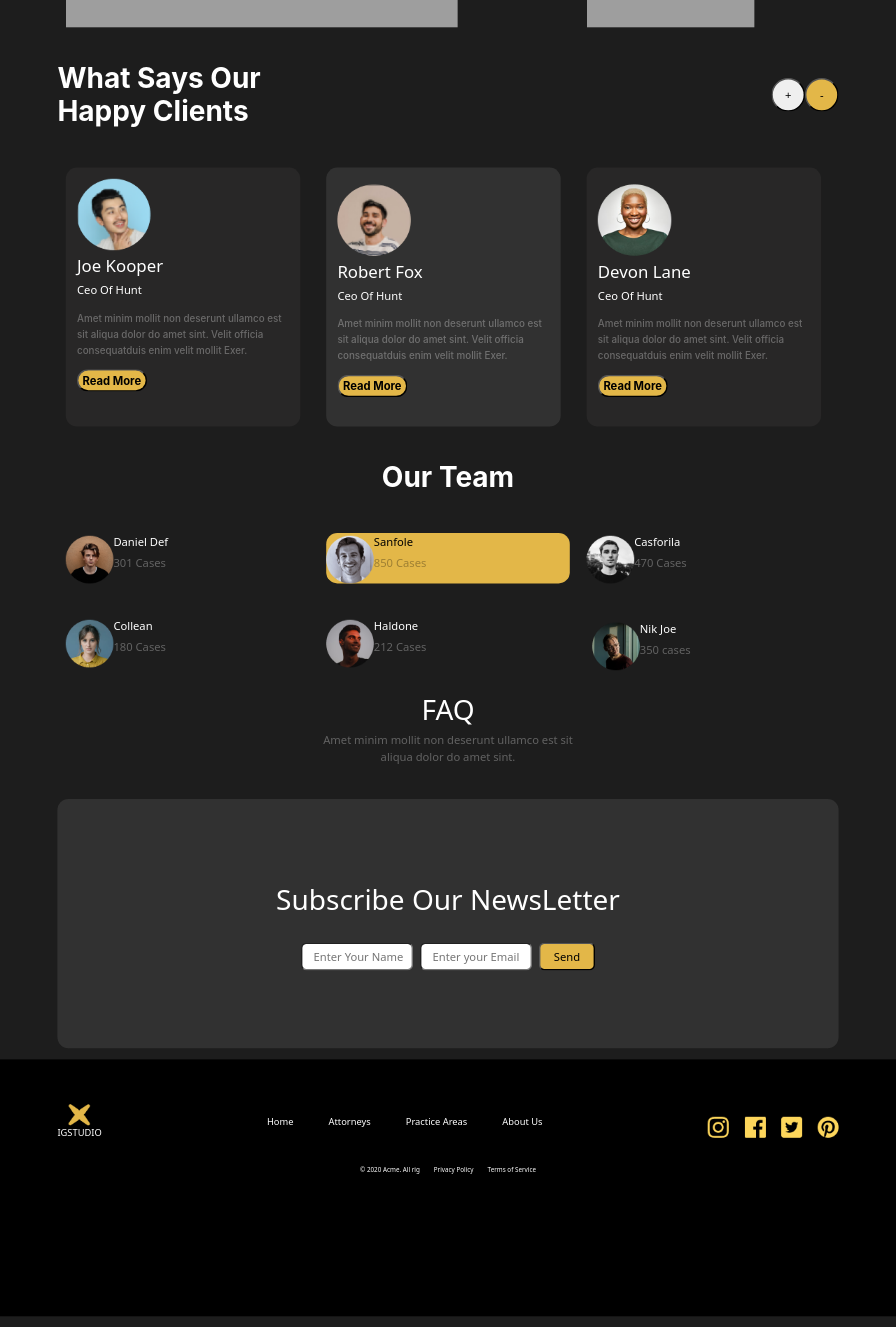
Repository: Senthil-Bala/LawFirm
Page: /
The author's editor kept a copy of each file at every save. The page is drawn from the files as they stood at one save, then again after the next save.
The browser window is 1280 px wide. The pictures show the part of the page from y = 2069 to 3989 px (the page is 3965 px tall before and 3989 px after), at 70% of full size.
Pictures or frames that could not be fetched are drawn as grey boxes. The project was rebuilt for these pictures with package versions that can differ from the ones it lists, and the page was loaded fresh each time. Also part of the build but not shown: src/App.css, src/Components/Frequents/Accordionss.css, src/Components/Frequents/Accordionss.jsx.

Above is the page before, as saved 2023-11-29 19:23:05.

### src/App.js
import './App.css';
import 'bootstrap/dist/css/bootstrap.min.css';
import Navbar from "./Components/Navbars/Navbar"
import HeroSection from './Components/Heroess/HeroSection';
import Main from "./Components/Mainss/Main";
import Boxes from "./Components/Box/Boxes";
import Practices from './Components/Practicsing/Practices';
import Clients from "./Components/ClientSides/Clients";
import Team from "./Components/Teamss/Team";
import Faq from "./Components/Frequents/Faq"
import Subscribe from './Components/Subscribes/Subscribe';
import Footer from "./Components/Footers/Footer"

function App() {
  return (
    <>
    <div className="container">
      <Navbar/>
      <HeroSection/>
      <Main/>
      <Boxes/>
      <Practices/>
      <Clients/>
      <Team/>
      <Faq/>
      <Subscribe/>

    </div>
    <Footer/>
    </>
  );
}

export default App;

### src/Components/Navbars/Navbar.jsx
import React from 'react'
import Studio from "../assests/logo.png";
import "./Navbar.css"

function Navbar() {
  return (
    <div className='navbar'>
        <div className="logo ">
            <img src={Studio} alt="Logo"/>
            <p>IGSTUDIO</p>
        </div>
        <div className="mid">
            <p>Home</p>
            <p>Attorneys</p>
            <p>Practice</p>
            <p>About Us</p>
        </div>
        <div className="btn">
            <button>Contact Now</button>
        </div>
    </div>
  )
}

export default Navbar

### src/Components/Heroess/HeroSection.jsx
import React from "react";
import "./HeroSection.css";
import Hero from "../assests/hero.png";
import Container from 'react-bootstrap/Container';
import Row from 'react-bootstrap/Row';
import Col from 'react-bootstrap/Col';
function HeroSection() {
  return (
    <div className="hero">
      <div className="contentLeft">
        <p id="mainHeading">You don’t have to Fight them Alone.</p>
        <p id="subHeading">
          Lorem ipsum dolor sit amet consectetur adipiscing elit blandit,
          curabitur sodales conubia ut inceptos faucibus himenaeos tortor eget,
          hac massa gravida arcu interdum proin curae.
        </p>
        <div className="d-flex">
        <input type="text" placeholder="Share your Email-Id" id="random"/>
        <button className="inBtn mx-2">Lets Talk</button>
        </div>
      </div>
      <div className="contentRight">
        <img src={Hero} alt="Hero" />
      </div>
    </div>

  //   <Container>
  //   <Row>
  //     <Col sm={12} md={6} lg={6} >
  //     <div className="contentLeft">
  //   <p id="mainHeading">You don’t have to Fight them Alone.</p>
  //        <p id="subHeading">
  //        Lorem ipsum dolor sit amet consectetur adipiscing elit blandit,
  //          curabitur sodales conubia ut inceptos faucibus himenaeos tortor eget,
  //          hac massa gravida arcu interdum proin curae.
  //        </p>
  //         <input type="text" placeholder="Share your Email-Id" />
  //     <button className="inBtn">Lets Talk</button>
  //      </div >
  //     </Col>
  //     <Col sm={12} md={6} lg={6}>
  //     <div className="contentRight mt-5">
  //       <img src={Hero} alt="Hero" />
  //    </div>
  //     </Col>
  //   </Row>

  // </Container>








  );
}

export default HeroSection;

### src/Components/Mainss/Main.jsx
import React from "react";
import "./Main.css";
import Container from 'react-bootstrap/Container';
import Row from 'react-bootstrap/Row';
import Col from 'react-bootstrap/Col';
function Main() {
  return (
    <div className="main">
    <div className="left">
        <p>Let’s Introduce <br /> Ourself</p>
    </div>
    {/* <div className="vertical-line"></div> */}
    <div className="right">
        <p id="heading">Criminal Lawyer</p>
        <p id="subHeading">
            Amet minim mollit non deserunt ullamco est sit aliqua dolor do amet
            sint. Velit officia consequatduis enim velit mollit Exercitation.
        </p>
    </div>
</div>



    //Grid layouts

  //   <Container className="mt-5 pt-5">
  //   <Row>
  //     <Col sm={12} md={6} lg={6}>
  //     <div className="left">
  //       <p>Let’s Introduce Ourself</p>
  //     </div>
  //     </Col>
  //     <Col  sm={12} md={6} lg={6}>
  //     <div className="right">
  //       <p id="heading">Criminal Lawyer</p>
  //       <p id="subHeading">
  //         Amet minim mollit non deserunt ullamco est sit aliqua dolor do amet
  //         sint. Velit officia consequatduis enim velit mollit Exercitation.
  //       </p>
  //     </div>
  //     </Col>
  //   </Row>

  // </Container>
  );
}

export default Main;

### src/Components/Box/Boxes.jsx
import React from "react";
import "./Boxes.css";
import Box from "../assests/box.png";
import Container from 'react-bootstrap/Container';
import Row from 'react-bootstrap/Row';
import Col from 'react-bootstrap/Col';
function Boxes() {
  return (
    // <div className="box">
    //   <h1>Why Choose us ?</h1>
    //   <br />
    //   <div className="chooseBox">
    //     <div className="box1">
    //       <img src={Box} alt="" className="mt-2" />
    //       <h4 className="mt-4">100 Success Rate</h4>
    //       <p className="small">
    //         Amet minim mollit non deserunt ullamco est sit aliqua dolor do amet
    //         sint. Velit officia consequatduis enim velit mollit Exer.
    //       </p>
    //     </div>
    //     <div className="box2">
    //       <img src={Box} alt="" className="mt-2" />
    //       <h4 className="mt-4">100 Success Rate</h4>
    //       <p className="small">
    //         Amet minim mollit non deserunt ullamco est sit aliqua dolor do amet
    //         sint. Velit officia consequatduis enim velit mollit Exer.
    //       </p>
    //     </div>
    //     <div className="box3">
    //       <img src={Box} alt="" className="mt-2" />
    //       <h4 className="mt-4">100 Success Rate</h4>
    //       <p className="small">
    //         Amet minim mollit non deserunt ullamco est sit aliqua dolor do amet
    //         sint. Velit officia consequatduis enim velit mollit Exer.
    //       </p>
    //     </div>
    //   </div>
    // </div>
    //Grid layouts

<div>
<h1  className="text-center my-5 heading">Why Choose us ?</h1>

<Container>
<Row className="gx-5 gy-5">
        <Col sm={12} md={6} lg={4} g-5 >
        <div className="box1 mt-2 mr-2">
          <img src={Box} alt="" className="mt-2" />
          <h4 className="mt-4">100 Success Rate</h4>
          <p className="small">
            Amet minim mollit non deserunt ullamco est sit aliqua dolor do amet
            sint. Velit officia consequatduis enim velit mollit Exer.
          </p>
          <button className="chip">Read More</button>
        </div>
        </Col>
        <Col sm={12} md={6} lg={4}>
        <div className="box2 mt-2 mr-2">
          <img src={Box} alt="" className="mt-2" />
          <h4 className="mt-4">100 Success Rate</h4>
          <p className="small">
            Amet minim mollit non deserunt ullamco est sit aliqua dolor do amet
            sint. Velit officia consequatduis enim velit mollit Exer.
          </p>
          <button className="chip" >Read More</button>
        </div>
        </Col>
        <Col sm={12} md={6} lg={4}>
        <div className="box3 mt-2 mr-2">
          <img src={Box} alt="" className="mt-2" />
          <h4 className="mt-4">100 Success Rate</h4>
          <p className="small">
            Amet minim mollit non deserunt ullamco est sit aliqua dolor do amet
            sint. Velit officia consequatduis enim velit mollit Exer.
          </p>
          <button className="chip">Read More</button>
        </div>
        </Col>
      </Row>

    </Container>
    </div>

  );
}

export default Boxes;

### src/Components/Practicsing/Practices.jsx
import React from "react";
import Container from "react-bootstrap/Container";
import Row from "react-bootstrap/Row";
import Col from "react-bootstrap/Col";
import Left from "../assests/left.png";
import Right from "../assests/right.png";
import "./Practices.css";

function Practices() {
  return (
    <div>
      <h1 className="text-center my-5 heading">Area of Practices</h1>

      <Container>
        <Row className="mt-3">
          <Col xs={12} sm={8}>
            <img src={Left} alt="Business law" className="left" />
            <p className="title">Business law</p>

          </Col>
          <Col xs={12} sm={4}>
            <img src={Right} alt="Partnership Law" className="right" />
            <p className="title">Partnership law</p>

          </Col>
        </Row>
        <Row className="mt-3">
        <Col xs={12} sm={4}>
            <img src={Right} alt="Partnership Law" className="right" />
            <p className="title">Real Estate law</p>
          </Col>
          <Col xs={12} sm={8}>
            <img src={Left} alt="Business law" className="left" />
            <p className="title">Business law</p>

          </Col>

        </Row>
        <Row className="mt-3">
          <Col xs={12} sm={8}>
            <img src={Left} alt="Business law" className="left" />
            <p className="title">LandLord Disruptes law</p>

          </Col>
          <Col xs={12} sm={4}>
            <img src={Right} alt="Partnership Law" className="right" />
            <p className="title">ELDER ABSUTE</p>

          </Col>
        </Row>
      </Container>
    </div>
  );
}

export default Practices;

### src/Components/ClientSides/Clients.jsx
import React from "react";
import "./Clients.css";
import EclipseOne from "../assests/EclipseOne.png";
import EclipseTwo from "../assests/EclipseTwo.png";
import EclipseThree from "../assests/EclipseThree.png";
import Container from 'react-bootstrap/Container';
import Row from 'react-bootstrap/Row';
import Col from 'react-bootstrap/Col';
function Clients() {
  return (
    // <div className="box">
    //   <h1>Why Choose us ?</h1>
    //   <br />
    //   <div className="chooseBox">
    //     <div className="box1">
    //       <img src={Box} alt="" className="mt-2" />
    //       <h4 className="mt-4">100 Success Rate</h4>
    //       <p className="small">
    //         Amet minim mollit non deserunt ullamco est sit aliqua dolor do amet
    //         sint. Velit officia consequatduis enim velit mollit Exer.
    //       </p>
    //     </div>
    //     <div className="box2">
    //       <img src={Box} alt="" className="mt-2" />
    //       <h4 className="mt-4">100 Success Rate</h4>
    //       <p className="small">
    //         Amet minim mollit non deserunt ullamco est sit aliqua dolor do amet
    //         sint. Velit officia consequatduis enim velit mollit Exer.
    //       </p>
    //     </div>
    //     <div className="box3">
    //       <img src={Box} alt="" className="mt-2" />
    //       <h4 className="mt-4">100 Success Rate</h4>
    //       <p className="small">
    //         Amet minim mollit non deserunt ullamco est sit aliqua dolor do amet
    //         sint. Velit officia consequatduis enim velit mollit Exer.
    //       </p>
    //     </div>
    //   </div>
    // </div>
    //Grid layouts

<div>
    <div className="clientHead d-flex justify-content-between align-items-center">
<h1  className=" my-5 heading">What Says Our <br /> Happy Clients</h1>
<div className="arrows">
<button>+</button>
<button className="rgt">-</button>
</div>


</div>
<Container>
<Row className="gx-4 gy-4">
        <Col sm={12} md={6} lg={4} >
        <div className="box1 mt-2 mr-2">
          <img src={EclipseOne} alt="" />
          <h4 className="mt-2">Joe Kooper</h4>
          <p >Ceo Of Hunt</p>
          <p className="small">
            Amet minim mollit non deserunt ullamco est sit aliqua dolor do amet
            sint. Velit officia consequatduis enim velit mollit Exer.
          </p>
          <button className="chip">Read More</button>
        </div>
        </Col>
        <Col sm={12} md={6} lg={4}>
        <div className="box2 mt-2 mr-2">
          <img src={EclipseTwo} alt="" className="mt-2" />
          <h4 className="mt-2">Robert Fox</h4>
          <p >Ceo Of Hunt</p>
          <p className="small">
            Amet minim mollit non deserunt ullamco est sit aliqua dolor do amet
            sint. Velit officia consequatduis enim velit mollit Exer.
          </p>
          <button className="chip" >Read More</button>
        </div>
        </Col>
        <Col sm={12} md={6} lg={4}>
        <div className="box3 mt-2 mr-2">
          <img src={EclipseThree} alt="" className="mt-2" />
          <h4 className="mt-2">Devon Lane</h4>
          <p >Ceo Of Hunt</p>
          <p className="small">
            Amet minim mollit non deserunt ullamco est sit aliqua dolor do amet
            sint. Velit officia consequatduis enim velit mollit Exer.
          </p>
          <button className="chip">Read More</button>
        </div>
        </Col>
      </Row>

    </Container>
    </div>

  );
}

export default Clients;

### src/Components/Teamss/Team.jsx
import React from 'react'
import Container from 'react-bootstrap/esm/Container'
import Row from 'react-bootstrap/Row';
import Col from 'react-bootstrap/Col';
import Daniel from "../assests/Daniel.png";
import Sanfole from "../assests/Sanfole.png";
import Casforila from "../assests/Casforila.png";
import Collean from "../assests/Collean.png";
import Haldone from "../assests/Haldone.png";
import Nik from "../assests/Nik.png"
import "./Team.css"

function Team() {
  return (
    <div className='teamDiv my-3'>
        <h1 className="text-center mt-5 heading">Our Team</h1>

        <Container>
        <Row>

        <Col xs={6} md={4} lg={4} className='mt-5'>
            <div className="items d-flex pt-1 ">
        <img src={Daniel} alt="" className='mr-3'/>
        <div>
          <h6 >Daniel Def</h6>
          <p className="opac">301 Cases</p>
          </div>
          </div>
        </Col>

        <Col xs={6} md={4} lg={4} className='mt-5'>
            <div className="items d-flex sanfole pt-1 ">
        <img src={Sanfole} alt="" className='mr-3 '/>
        <div>
          <h6>Sanfole</h6>
          <p className="opac">850 Cases</p>
          </div>
          </div>
        </Col>

        <Col xs={6} md={4}  lg={4} className='mt-5'>
            <div className="items d-flex pt-1">
        <img src={Casforila} alt="" className='mr-3'/>
        <div>
          <h6 >Casforila</h6>
          <p className="opac">470 Cases</p>
          </div>
          </div>
        </Col>

        <Col xs={6} md={4} lg={4} className='mt-5'>
            <div className="items d-flex pt-1 ">
        <img src={Collean} alt="" className='mr-3'/>
        <div>
          <h6 >Collean</h6>
          <p className="opac">180 Cases</p>
          </div>
          </div>
        </Col>

        <Col xs={6} md={4}  lg={4} className='mt-5'>
            <div className="items d-flex pt-1">
        <img src={Haldone} alt="" className='mr-3'/>
        <div>
          <h6 >Haldone</h6>
          <p className="opac">212 Cases</p>
          </div>
          </div>
        </Col>

        <Col xs={6} md={4}  lg={4} className='mt-5'>
            <div className="items d-flex p-2">
        <img src={Nik} alt="" className='mr-3'/>
        <div>
          <h6 >Nik Joe</h6>
          <p className="opac">350 cases</p>
          </div>
          </div>
        </Col>

      </Row>
      </Container>
    </div>
  )
}

export default Team

### src/Components/Frequents/Faq.jsx
import React from "react";
import Accordionss from "./Accordionss"
import "./Faq.css"
function Faq() {
  return (
    <div className="text-center my-3">
      <div className="faq mt-4">
        <h1 className="m">FAQ</h1>
        <p className="faqContent">
          Amet minim mollit non deserunt ullamco est sit <br /> aliqua dolor do amet
          sint.
        </p>
      </div>
      <div className="accordions mt-5">
        {/* <Accordions/> */}
      </div>
    </div>
  );
}

export default Faq;

### src/Components/Subscribes/Subscribe.jsx
import React from 'react'
import "./Subscribe.css"
function Subscribe() {
  return (
    <div className='subscribes mt-3'>
    <div className="newsLetter">
<h1 className='text-center mt-2'>Subscribe Our NewsLetter</h1>
</div>
<div className="inputAndbutton">
    <input type="text" className='inputOne' placeholder='Enter Your Name'/>
    <input type="text" className='inputOne' placeholder='Enter your Email'/>
    <button id='send'>Send</button>
</div>
    </div>
  )
}

export default Subscribe

### src/Components/Footers/Footer.jsx
import React from 'react'
import "./Footer.css";
import logo from "../assests/logo.png";
import Group from "../assests/group.png"
function Footer() {
  return (
    <div className='footerDiv my-3'>
        <div className="firstDiv container text-center">
           <div className='logoDiv'>
            <img src={logo} alt="logo" />
            <p>IGSTUDIO</p>
           </div>
           <div className="mainDiv ">
            <p>Home</p>
            <p>Attorneys</p>
            <p>Practice Areas</p>
            <p>About Us</p>
           </div>
           <div>
            <img src={Group} alt="Icons" />
           </div>
        </div>
        <br />
        <div className="secondDiv  ">
            <p>© 2020 Acme. All rig</p>
            <p>Privacy Policy</p>
            <p>Terms of Service</p>
        </div>

    </div>
  )
}

export default Footer

### src/Components/Navbars/Navbar.css
.navbar {
    display: flex;
    justify-content: space-between;
    align-items: center;
    /* width: 100%;
    height: 3rem; */

}

.mid {
    display: flex;
    gap: 30px;
    font-family: Inter;
    text-align: center;
    justify-content: space-between;
    align-items: center;

}

.btn button {
    border: 2px solid #FFFFFF;
    background-color: #1D1D1D;
    color: #FFFFFF;
    /* justify-content: center;
    align-items: center; */
}

.logo {
    display: flex;
    justify-content: center;
    align-items: center;
    gap: 20px;
}

.logo img{
    height: 1rem;
}

### src/Components/Heroess/HeroSection.css
.hero {
    display: flex;
    justify-content: space-between;
    align-items: center;
    gap: 30px;
    font-family: Inter;

}

.contentLeft {
    margin-top: 5rem;
    display: flex;
    flex-direction: column;
    gap: 30px;
}

.contentRight {
    width: 467.71px;
    height: 467.71px;
}

.inBtn {
    background: rgba(227, 183, 72, 1);

    color: black;
    font-family: Inter;
    font-weight: bold;
    height: 3rem;
    padding: 1rem;
    display: flex;
    justify-content: center;
    align-items: center;
    border-radius: 3rem;
    text-align: center;
    /* position: absolute; */
    right: 58.5%;
    top: 77.5%;
    outline: 0;
}

#random{
    height: 3rem;
    padding: 1rem;
    border-radius: 3rem;
    width: 21rem;
    /* position: relative; */
    background-color:rgb(47, 50, 50);
    color: darkslategray;
    outline: 0;
}

#mainHeading {
    font-size: 66px;
    font-weight: 500;
    line-height: 97px;
    letter-spacing: 0em;
    text-align: left;

}

#subHeading {
    color: dimgrey;

}

### src/Components/Mainss/Main.css
.main {
    display: flex;
    justify-content: center;
    text-align: center;
    margin-top: 6rem;
}

.left {
    font-family: Inter;
    font-size: 54px;
    font-weight: 600;
    line-height: 87px;
    text-align: left;


}
/* Styling for the main container */
.main {
    display: flex;
    align-items: center;
}

/* Styling for the vertical line */
.vertical-line {
    border-left: 1px solid dimgray; /* Set color for the left border */
    height: 100px; /* Set height of the line */
    margin: 0 20px; /* Adjust margin as needed */
}



.right{
    display: flex;
    flex-direction: column;

}
#heading {
    font-family: Inter;
    font-size: 32px;
    font-weight: 600;
    line-height: 52px;
    letter-spacing: 0em;
    text-align: center;
    /* width: 475px;
    height: 155px; */

}
#subHeading{
    color: dimgrey;
    /* width: 475px;
height: 87px;

opacity: 0.3px; */

}

### src/Components/Box/Boxes.css
.box{
    margin-top: 6rem;
    text-align: center;
}
.chooseBox{
    display: flex;
    justify-content: space-between;
}
.box1,.box2,.box3{
    width: 335px;
height: 370px;
padding: 1rem;
text-align: left;
/* border: 2px solid; */
border-radius: 1rem;
background-color:rgb(40, 39, 39);

}
.box2{
    background: rgba(71, 71, 71, 0.5);

}
.small{
    font-family: Inter;
font-size: 14px;
font-weight: 500;
line-height: 23px;
letter-spacing: 0em;
text-align: left;
opacity: 30%;

}
.chip{
    background: rgba(227, 183, 72, 1);

    color: black;
    font-family: Inter;
    font-weight: bold;
    height: 2rem;
    /* padding: 1rem; */
    display: flex;
    justify-content: center;
    align-items: center;
    border-radius: 1.5rem;
    text-align: center;
}
.heading{
    font-family: Inter;
    font-weight: bold;

}

### src/Components/Practicsing/Practices.css
.left{
    width:35rem;
    height:12rem;
    text-transform: uppercase;
    position: relative;

}
.right{
    width:15rem;
    height:12rem;
    position: relative;

}
.title{
    position: absolute;
    bottom: 0px;
    left: 30%;
    text-align: center;
    text-transform: uppercase;
}

### src/Components/ClientSides/Clients.css
.arrows button{
    border-radius: 50%;
    height: 3rem;
    width: 3rem;
}
.rgt{
    background: rgba(227, 183, 72, 1);
}
.box2{
    background: rgba(71, 71, 71, 0.5);

}

### src/Components/Teamss/Team.css
.opac{
    opacity: 30%;
}

.sanfole{
    background: rgba(227, 183, 72, 1);
border-radius: 1rem;
color: black;

}

### src/Components/Frequents/Faq.css
.faqContent{
    opacity: 30%;
}

### src/Components/Subscribes/Subscribe.css
.subscribes{
height: 356px;
background: rgba(71, 71, 71, 0.5);
display: flex;
flex-direction: column;
justify-content: center;
align-items: center;
border-radius: 1rem;
gap: 30px;
}
#send{
    background: rgba(227, 183, 72, 1);
    height: 2.5rem;
    width: 5rem;
    border-radius: 0.5rem;

}
.inputOne{
    width: 10rem;
    height: 2.5rem;
    border-radius: 0.5rem;
    padding-left: 1rem;

}
.inputAndbutton{
display: flex;
justify-content: space-between;
gap: 10px;
}

### src/Components/Footers/Footer.css
.footerDiv{

height: 367px;
/* border: 1px solid white; */
display: flex;
flex-direction: column;
font-size: smaller;
background-color: black;
/* width: 100%; */


}
.firstDiv{
    display: flex;
    justify-content: space-between;
    align-items: center;
    margin-top: 4rem;
}
.mainDiv{
    display: flex;
    justify-content: center;
    /* align-items: center; */
    gap:50px;
}
.secondDiv{
    display: flex;
    justify-content: center;
    align-items: center;
    gap:20px;
    /* margin-top: 2rem; */
    font-size: xx-small;

}

Loaded but not shown: public/index.html (common file); src/index.js (common file); src/index.css (common file); src/reportWebVitals.js (common file)

After the next save:
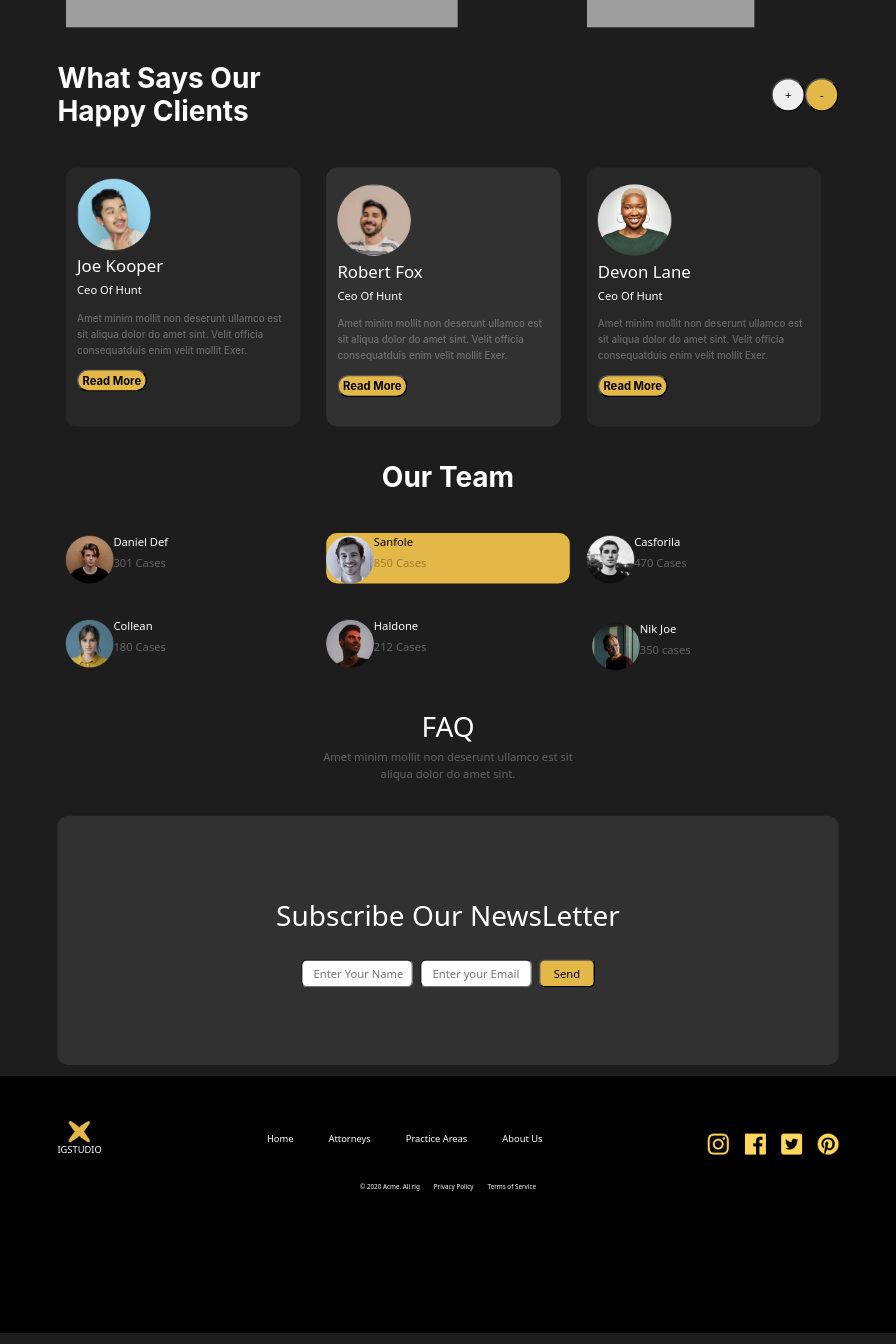
Saved 15 s later.
--- a/src/Components/Frequents/Faq.jsx
+++ b/src/Components/Frequents/Faq.jsx
@@ -4,7 +4,7 @@ import "./Faq.css"
 function Faq() {
   return (
     <div className="text-center my-3">
-      <div className="faq mt-4">
+      <div className="faq mt-5">
         <h1 className="m">FAQ</h1>
         <p className="faqContent">
           Amet minim mollit non deserunt ullamco est sit <br /> aliqua dolor do amet
